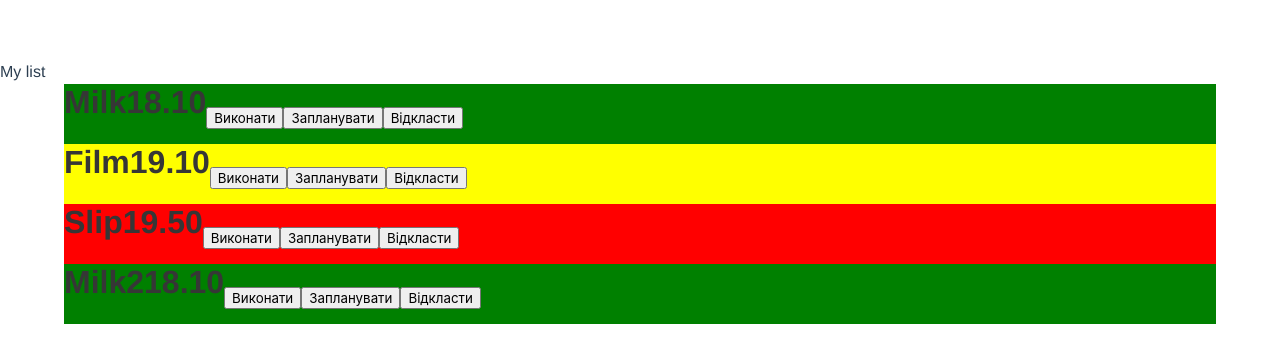
Repository: Olegche/sushi
Page: /
The author's editor kept a copy of each file at every save. The page is drawn from the files as they stood at one save, then again after the next save.
The browser window is 1280 px wide. The pictures show the whole page.
The project was rebuilt for these pictures with package versions that can differ from the ones it lists, and the page was loaded fresh each time.

Above is the page before, as saved 2020-10-12 18:07:10.

After the next save:
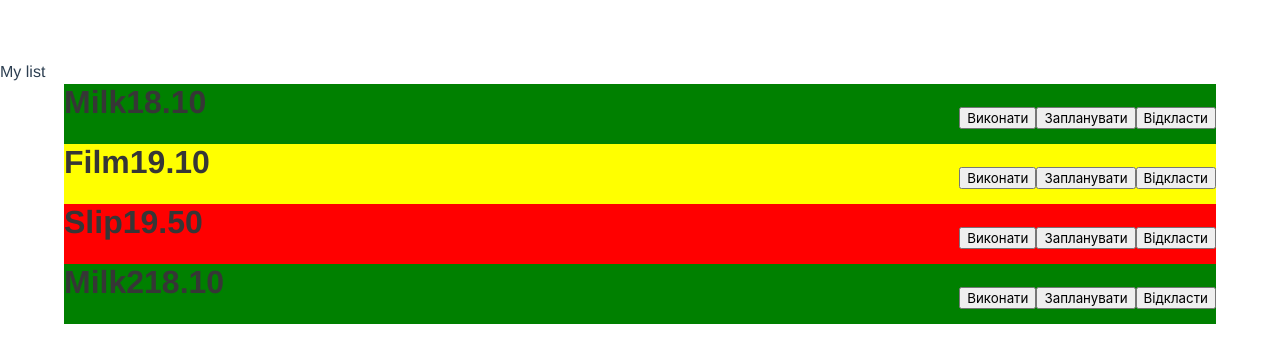
Saved 56 s later.
--- a/src/components/TodoList/TodoItem/index.vue
+++ b/src/components/TodoList/TodoItem/index.vue
@@ -54,6 +54,7 @@
 <style lang="css" scoped>
 .container{
     display: flex;
+    justify-content: space-between;
 }
 .new{
     background-color: green;
@@ -65,10 +66,10 @@
     background-color: red;
 }
 
-.title{
+/* .title{
     float: left;
 }
 .buttons{
     float:right;
-}
+} */
 </style>
